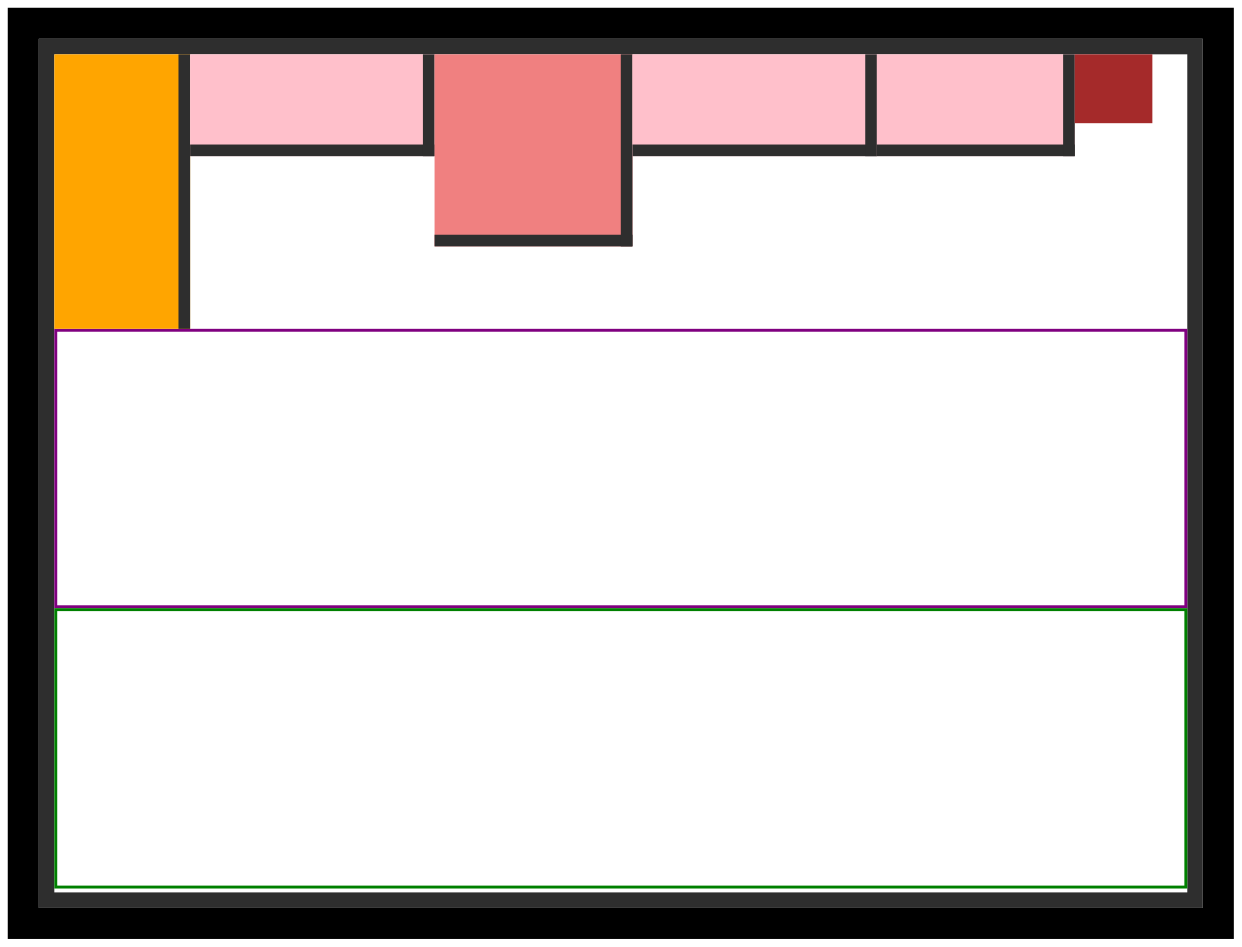
Repository: Tsardines/mondrian
Page: index.html
The author's editor kept a copy of each file at every save. The page is drawn from the files as they stood at one save, then again after the next save.
The browser window is 1280 px wide. The pictures show the whole page, at 97% of full size.
Some web fonts or font styles are not loaded; a fallback is used.

Above is the page before, as saved 2019-10-20 16:23:29.

After the next save:
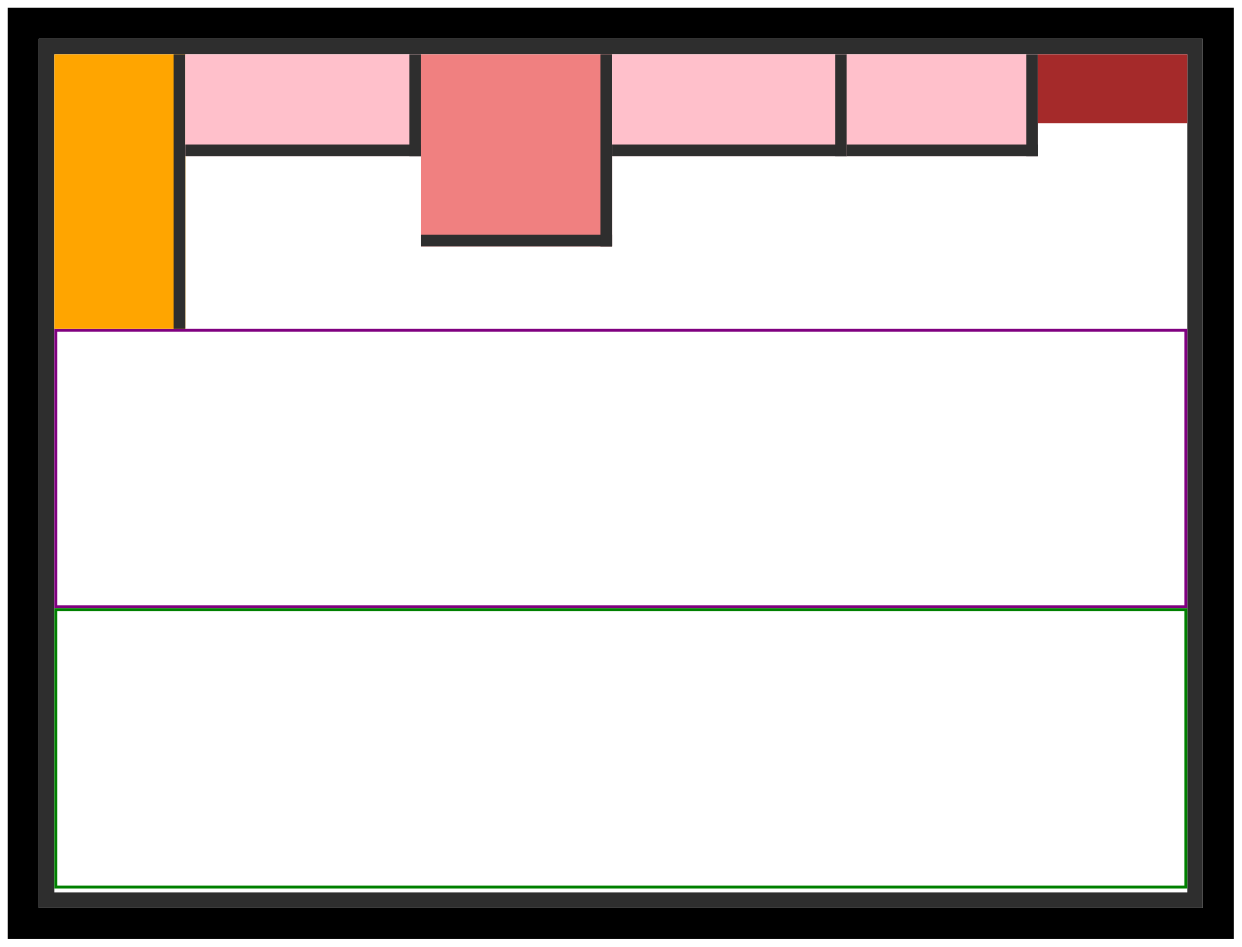
Saved 8 s later.
--- a/styles.css
+++ b/styles.css
@@ -59,5 +59,5 @@
 .sq {
     background-color: brown;
     height: 25%;
-    width: 5rem;
+    width: 10rem;
 }
